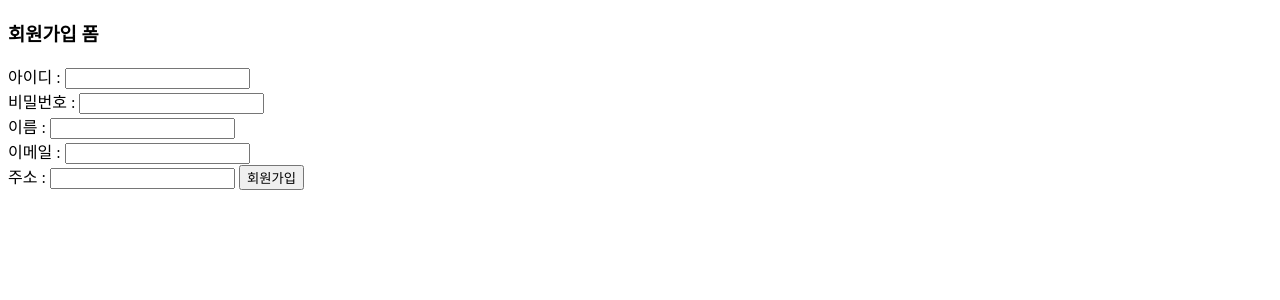
Repository: leehojun95/HJ-Developer
Page: dbTest/src/main/webapp/member/memberForm.html
The author's editor kept a copy of each file at every save. The page is drawn from the files as they stood at one save, then again after the next save.
The browser window is 1280 px wide. The pictures show the whole page.

Above is the page before, as saved 2024-04-19 07:49:12.

After the next save:
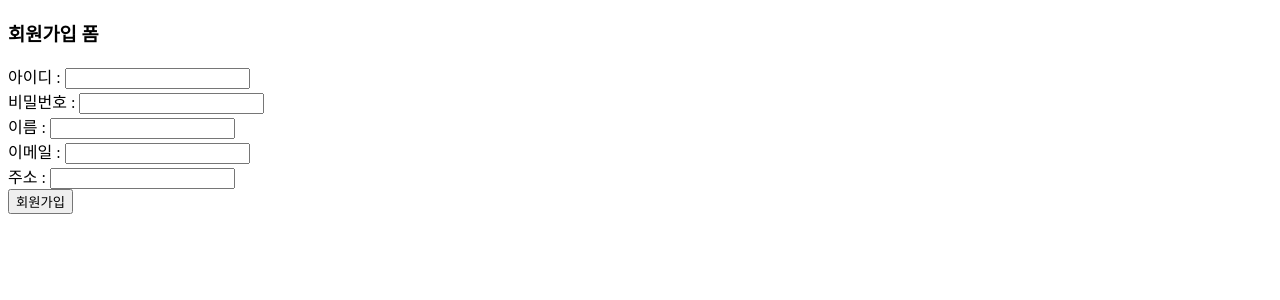
Saved 6 min 8 s later.
--- a/dbTest/src/main/webapp/member/memberForm.html
+++ b/dbTest/src/main/webapp/member/memberForm.html
@@ -11,7 +11,7 @@
 	비밀번호 : <input type="password" name="pw"><br>
 	이름 : <input type="text" name="name"><br>
 	이메일 : <input type="text" name="email"><br>
-	주소 : <input type="text" name="addr">
+	주소 : <input type="text" name="addr"><br>
 	<input type="hidden" name = "command" value ="addMember">
 	<input type="submit" value="회원가입">
 	</form>
